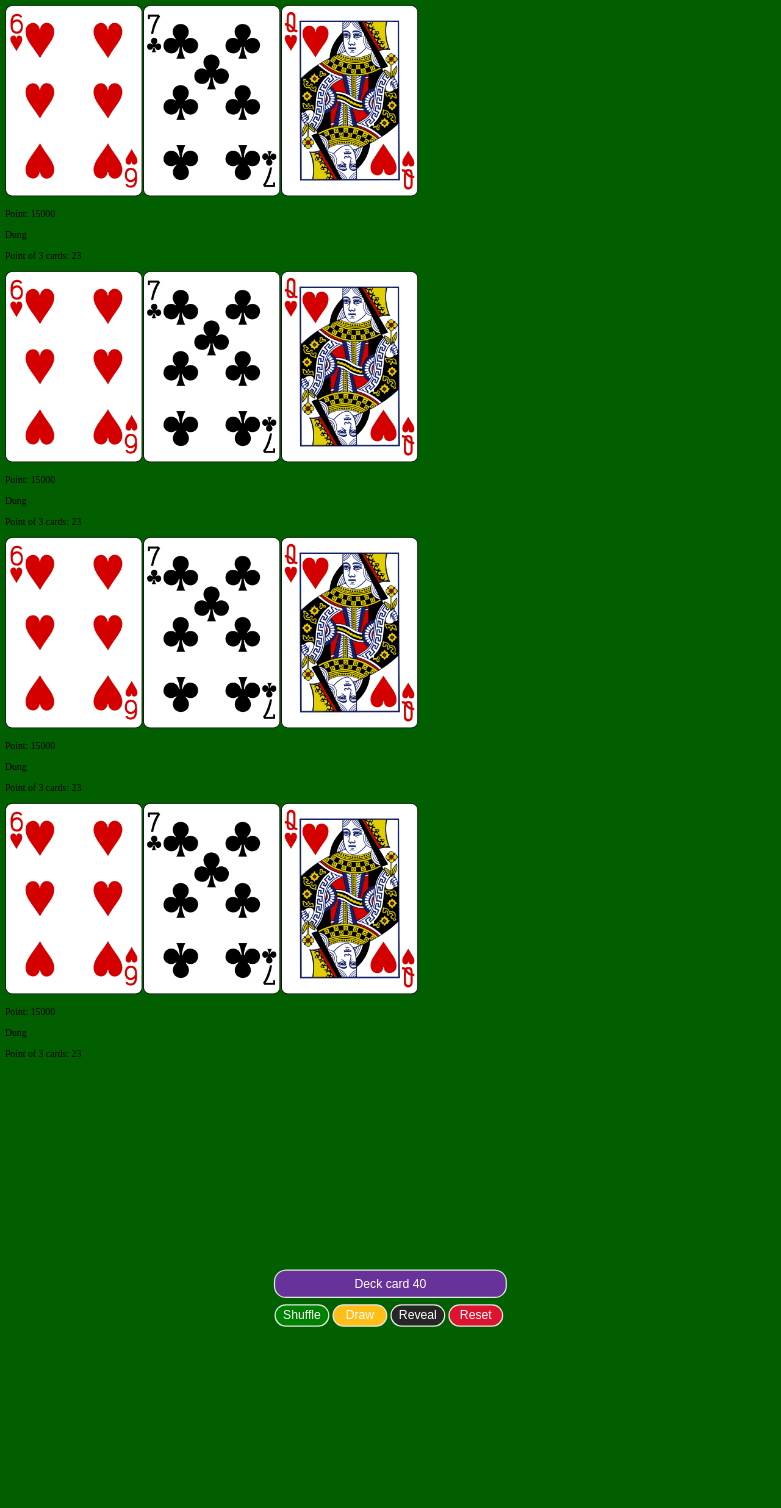
Repository: tiendungjr123/app-baicao
Page: /
An editor plug-in stored every save of this project. The page is shown before and after the next save, followed by the edit.
The browser window is 1280 px wide. The pictures show the whole page, at 61% of full size.
The page's requests for data from a server got no answer. The project was rebuilt for these pictures with package versions that can differ from the ones it lists, and the page was loaded fresh each time. No one was signed in, and anything a server would have sent is missing. Also part of the build but not shown: src/index.css.

Above is the page before, as saved 2022-10-11 02:48:29.

### src/index.js
import React from 'react';
import ReactDOM from 'react-dom/client';
import './index.css';
import App from './App';

const root = ReactDOM.createRoot(document.getElementById('root'));
root.render(
   <App />
);

### src/App.js
import './App.css';
import CardList from './Components/cardList';
import Table from './Components/table';
import React, { useEffect, useState } from 'react';
import { getDrawCard, getShuffleCard } from './apis/index';


function App() {

   const [deck_id, setDect_id] = useState('');
   const [listCard, setListCard] = useState([]);

   useEffect(() => {
      getShuffleCard().then((res) => {
         setDect_id(res.data.deck_id);
      })
   },[]);

   useEffect(() => {
      if (deck_id) {
         getDrawCard(deck_id).then((res) => {
            setListCard(res.data.cards[0]);
         })

      }
   }, [deck_id]);
   return (
      <div className="app">
         <CardList listCard={listCard}/>
         <Table />
      </div>

   );
}

export default App;

### src/App.css
@import "./Scss/style.css";

### src/Components/cardList.jsx
import React, { useState } from 'react';
import Card from './card';
const CardList = ({listCard}) => {
   return (
      <>
         <div className="card-top">
            <Card listCard={listCard}/>
         </div>
         <div className="card-left">
            <Card />
         </div>
         <div className="card-right">
            <Card />
         </div>
         <div className="card-bottom">
            <Card />
         </div>
      </>
   );
}

export default CardList;

### src/Components/table.jsx
import React from 'react';



const Table = () => {

   const ShuffleCard = () => {
   }
   return (
      <div className='table'>
         <p></p>
         <button className='btn-deck-card'>Deck card 40</button>
         <div className='btn-action'>
            <button onClick={ShuffleCard} className='btn btn-shuffle'>Shuffle</button>
            <button className='btn btn-draw'>Draw</button>
            <button className='btn btn-reveal'>Reveal</button>
            <button className='btn btn-reset'>Reset</button>
         </div>
      </div>
   );
}

export default Table;

### src/apis/index.js
import axios from 'axios';

export const getShuffleCard = () =>
   axios.get('https://deckofcardsapi.com/api/deck/new/shuffle/?deck_count=1');

export const getDrawCard = (deck_id) =>
   axios.get(`https://deckofcardsapi.com/api/deck/${deck_id}/draw/?count=12`);

### src/Scss/style.css
.table {
  height: 100vh;
  display: flex;
  justify-content: center;
  align-items: center;
  flex-direction: column;
}
.table .btn-deck-card {
  border: 2px solid #DFE8DE;
  border-radius: 20px;
  color: #fff;
  font-size: 20px;
  font-weight: 400;
  background-color: #673299;
  padding: 10px 130px;
  margin-bottom: 10px;
}
.table .btn-action .btn {
  border: 2px solid #DFE8DE;
  border-radius: 20px;
  color: #fff;
  font-size: 20px;
  font-weight: 400;
  margin-right: 5px;
  padding: 5px 10px;
  width: 90px;
  cursor: pointer;
}
.table .btn-action .btn-shuffle {
  background-color: #008101;
}
.table .btn-action .btn-draw {
  background-color: #FFBF18;
}
.table .btn-action .btn-reveal {
  background-color: #262627;
}
.table .btn-action .btn-reset {
  background-color: #dd142f;
}

body {
  background-color: #015F00;
  height: 100vh;
}/*# sourceMappingURL=style.css.map */

### src/Components/card.jsx
import React from 'react';
import img_6H from '../assets/images/6H.png';
import img_7C from '../assets/images/7C.png';
import img_QH from '../assets/images/QH.png';
const Card = ({listCard}) => {
   return (
      <div className='card'>
         <div className='card-img'>
            <img  src={img_6H} alt="6h" />
            <img  className='img-center' src={img_7C} alt="7c" />
            <img  src={img_QH} alt="qh" />
         </div>
         <p className='point'>Point: 15000</p>
         <p className='user'>Dung</p>
         <p className='point'>Point of 3 cards: 23</p>
      </div>
   );
}

export default Card;

Loaded but not shown: public/index.html (common file)

After the next save:
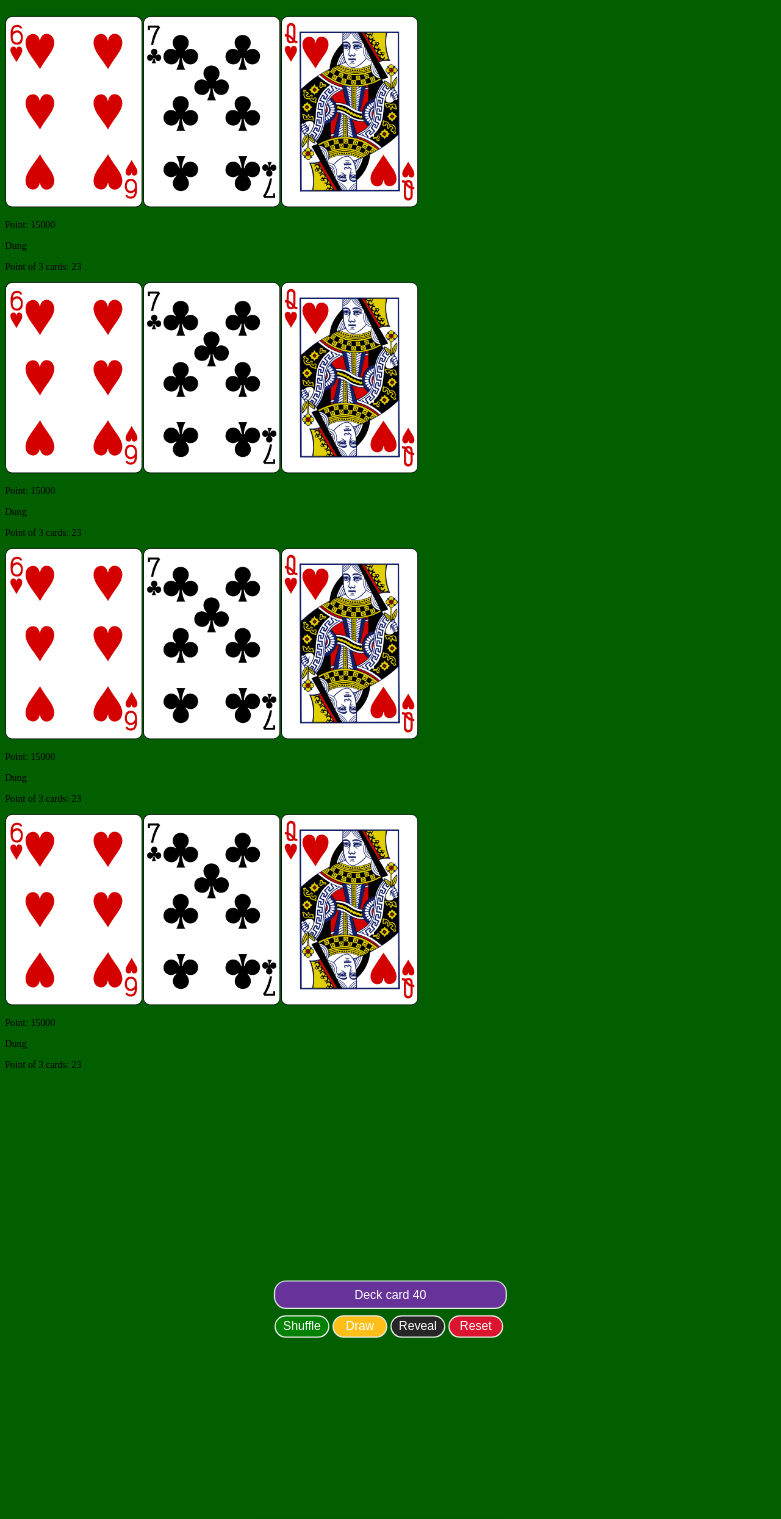
Saved 33 s later.
--- a/src/App.js
+++ b/src/App.js
@@ -26,6 +26,7 @@
    }, [deck_id]);
    return (
       <div className="app">
+         <img src={listCard.image} alt="" />
          <CardList listCard={listCard}/>
          <Table />
       </div>

After the save that followed:
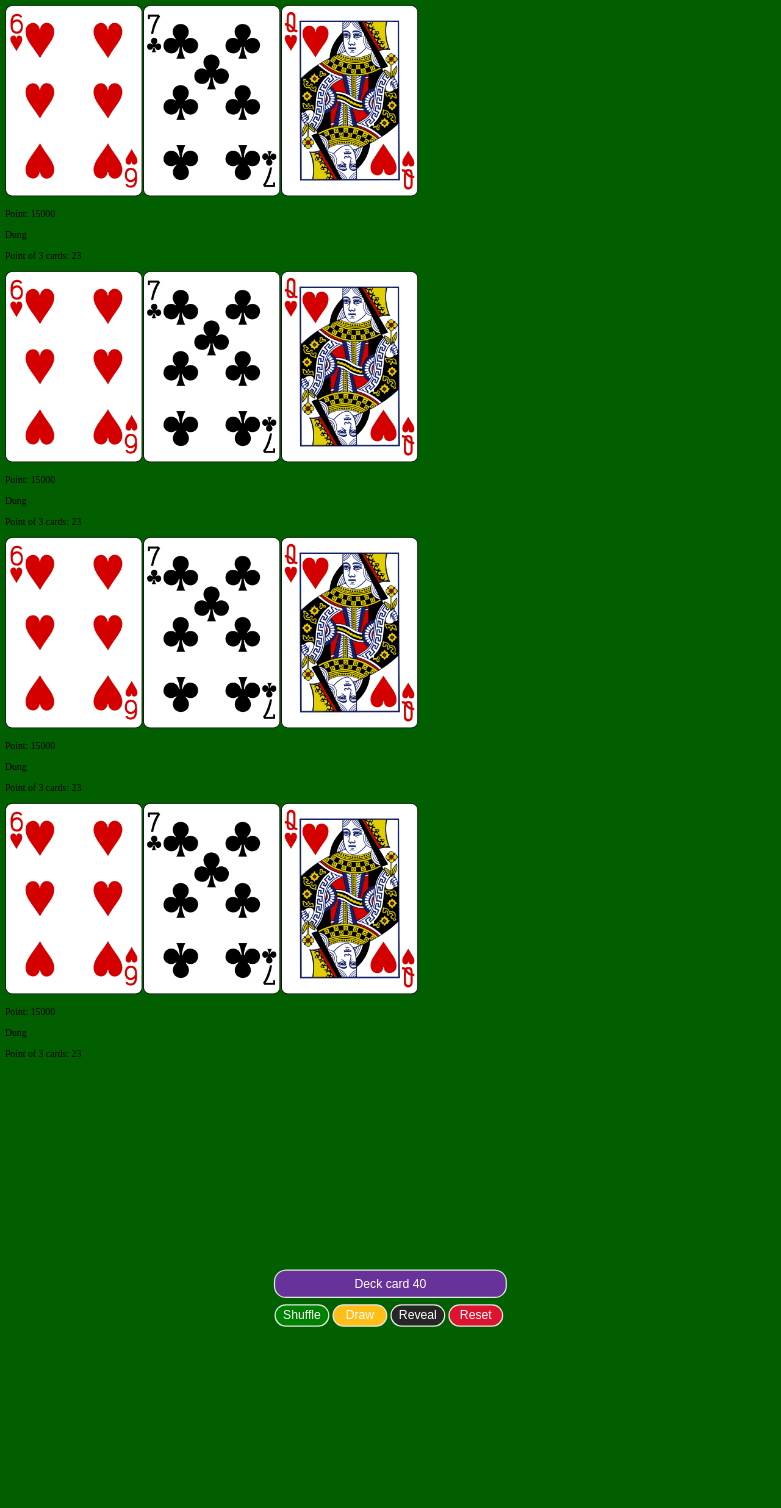
Saved 41 s later.
--- a/src/App.js
+++ b/src/App.js
@@ -26,7 +26,6 @@
    }, [deck_id]);
    return (
       <div className="app">
-         <img src={listCard.image} alt="" />
          <CardList listCard={listCard}/>
          <Table />
       </div>
